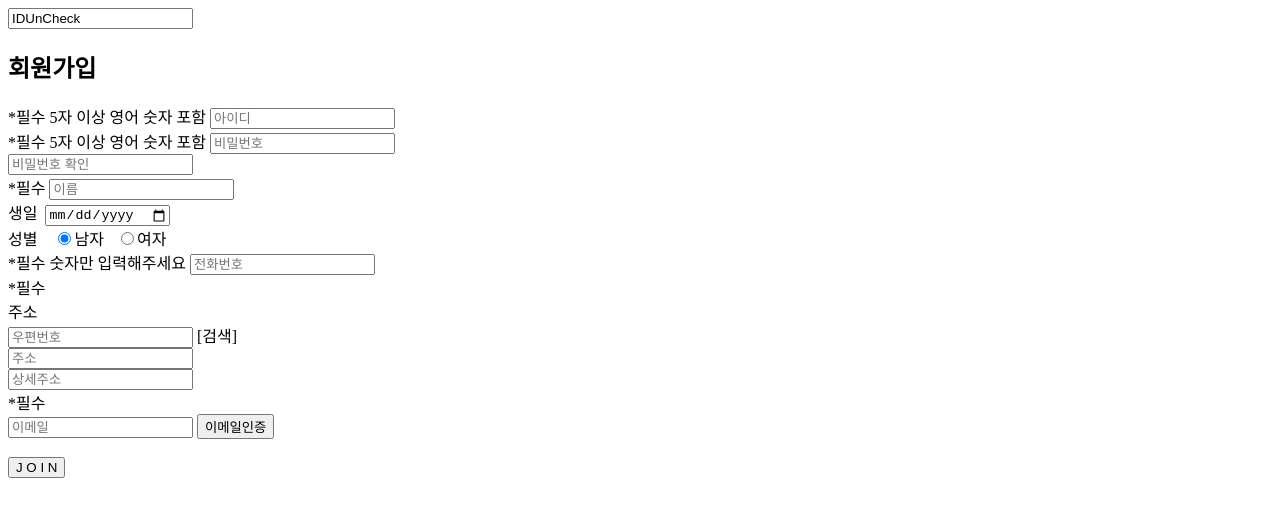
Repository: chmyj2/Team2_Final-project
Page: http://localhost/FinalProject/WEB-INF/views/2Team/t2login/t2_join.jsp
The author's editor kept a copy of each file at every save. The page is drawn from the files as they stood at one save, then again after the next save.
The browser window is 1280 px wide. The pictures show the whole page.
The page is served by Tomcat 9. Nobody is signed in. The template is opened directly, without the code that normally fills it, so the values that code supplies are empty.

Above is the page before, as saved 2022-09-02 10:48:23.

After the next save:
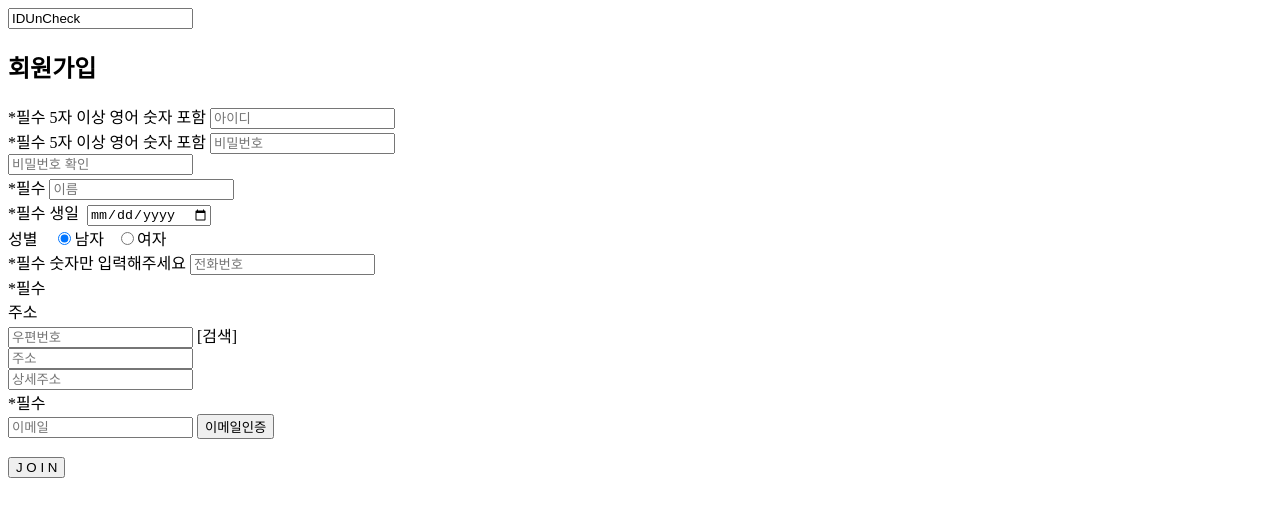
Saved 7 min 0 s later.
--- a/FinalProject/src/main/webapp/WEB-INF/views/2Team/t2login/t2_join.jsp
+++ b/FinalProject/src/main/webapp/WEB-INF/views/2Team/t2login/t2_join.jsp
@@ -38,6 +38,7 @@
       </div>
 
       <div class="join-textForm brith">
+      <span class="jointxt-only">*필수</span>
       	생일&nbsp;&nbsp;<input name="member_birth" type="date" class="join-birth" >
       </div>
 
